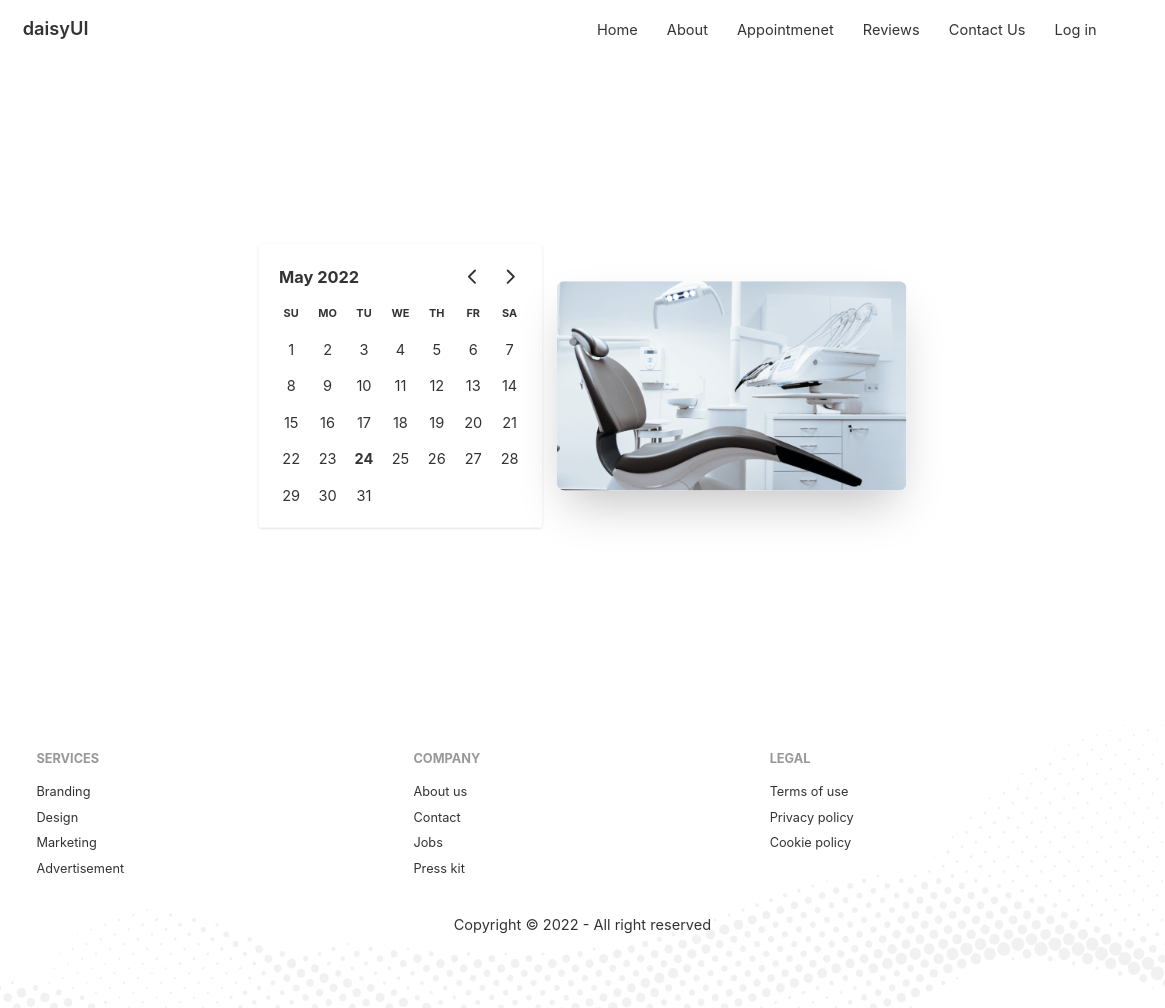
Repository: Tanvir3744/Doctors-client-website
Page: /appointment
The author's editor kept a copy of each file at every save. The page is drawn from the files as they stood at one save, then again after a run of saves.
The browser window is 1280 px wide. The pictures show the whole page, at 91% of full size.
The project was rebuilt for these pictures with package versions that can differ from the ones it lists, and the page was loaded fresh each time. Also part of the build but not shown: src/Pages/About/About.js, src/components/ChildInfoCards.js, src/components/InfoCards.js, src/Pages/Home/Banner/Banner.js, src/Pages/Home/ContactUs.js, src/Pages/Home/MakeAppointment.js, src/Pages/Home/ServiceHero.js, src/Pages/Home/Service.js and 6 more.

Above is the page before, as saved 2022-05-26 00:47:25.

After the next 3 saves:
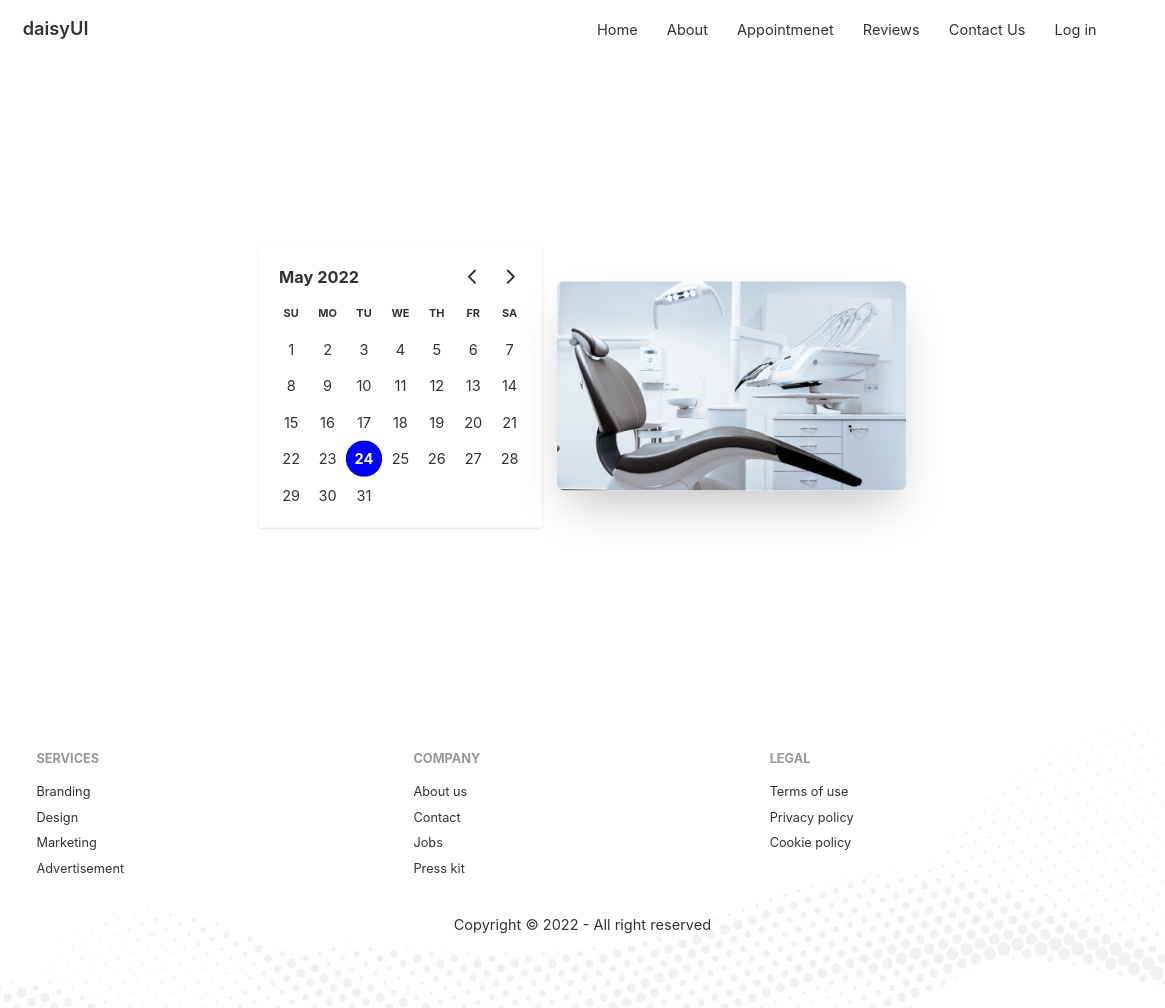
The 3 saves are shown as one change because 2 did not build or start.
The last was saved 3 min 43 s later.
--- a/src/Pages/Appointment/Appointment.js
+++ b/src/Pages/Appointment/Appointment.js
@@ -1,15 +1,16 @@
-import React from 'react';
+import React, { useState } from 'react';
 import Chair from '../../assets/images/chair.png';
 import { DayPicker } from 'react-day-picker';
 import 'react-day-picker/dist/style.css';
 const Appointment = () => {
+    const [selected, setSelected] = useState(new Date());
     return (
         <div>
             <div class="hero min-h-screen flex justify-evenly">
                 <div class="hero-content flex-col lg:flex-row-reverse">
                     <img src={Chair} class="max-w-sm rounded-lg shadow-2xl" />
                     <div className='shadow rounded'>
-                       <DayPicker />
+                       <DayPicker mode='single' selected={selected} onSelect={setSelected} />
                     </div>
                 </div>
             </div>
